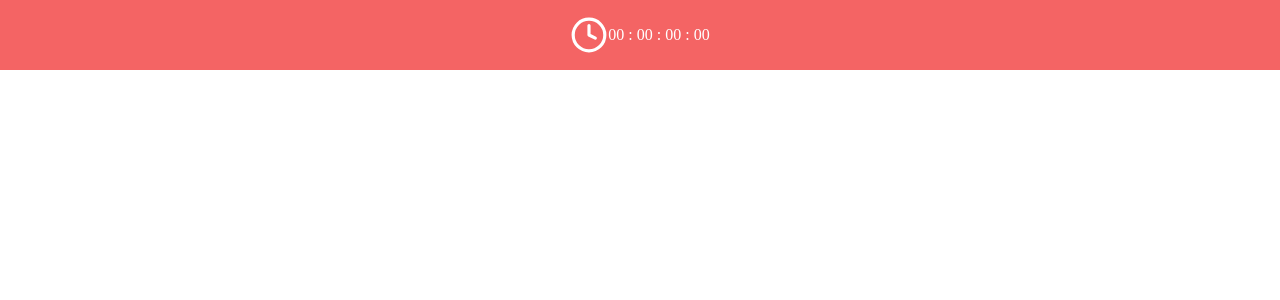
Repository: mateus-henrique-silva/landing_drop
Page: index.html
The author's editor kept a copy of each file at every save. The page is drawn from the files as they stood at one save, then again after the next save.
The browser window is 1280 px wide. The pictures show the whole page.

Above is the page before, as saved 2022-08-26 08:56:01.

### index.html
<!DOCTYPE html>
<html lang="en">
  <head>
    <meta charset="UTF-8" />
    <meta http-equiv="X-UA-Compatible" content="IE=edge" />
    <meta name="viewport" content="width=device-width, initial-scale=1.0" />
    <link rel="stylesheet" href="./src/CSS/Footer/Styles.css" />
    <link rel="stylesheet" href="./src/CSS/Header/styles.css" />
    <link rel="stylesheet" href="./src/CSS/Main/styles.css" />
    <link rel="stylesheet" href="./src/CSS/Global.css" />
    <title>Drop Líder Brasil</title>
  </head>
  <body>
    <header>
      <img src="./src/Assets/clock.svg" alt="imagem icon" srcset="" />

      <div class="regressive-count">
        <span id="day">00</span>
        <span>:</span>
        <span id="hour">00</span>
        <span>:</span>
        <span id="minute">00</span>
        <span>:</span>
        <span id="sec">00</span>
      </div>
    </header>
    <main></main>
    <footer></footer>
    <script src="./src/Script/clock/script.js"></script>
  </body>
</html>

### src/CSS/Header/styles.css
header{
    width:100%;
    position: fixed;
    background-color: #f46464;
    height:70px;
    display:flex;
    align-items:center;
    justify-content:center;
}


header img{
    width:38px;
    height:38x;
}

header div{
    color: white;
}

### src/Assets/clock.svg
<svg xmlns="http://www.w3.org/2000/svg" width="24" height="24" viewBox="0 0 24 24" fill="none" color="white" stroke="currentColor" stroke-width="2" stroke-linecap="round" stroke-linejoin="round" class="feather feather-clock"><circle cx="12" cy="12" r="10"></circle><polyline points="12 6 12 12 16 14"></polyline></svg>

### src/Script/clock/script.js
let to = new Date("oct 30 2022 18:00:0");
function uptade() {
  let from = new Date();
  diff = to - from;
  (day = setTwoDigit(Math.floor(diff / 1000 / 60 / 60 / 24))),
    (hour = setTwoDigit(Math.floor(diff / 1000 / 60 / 60) % 24)),
    (minute = setTwoDigit(Math.floor(diff / 1000 / 60) % 60)),
    (sec = setTwoDigit(Math.floor(diff / 1000) % 60)),
    document.querySelector("#day").innerText = day;
  document.querySelector("#hour").innerText = hour;
  document.querySelector("#minute").innerText = minute;
  document.querySelector("#sec").innerText = sec;
}

Loaded but not shown: src/CSS/Global.css (common file); src/CSS/Footer/Styles.css (no copy from this time; the picture is the same without it); src/CSS/Main/styles.css (no copy from this time; the picture is the same without it)

After the next save:
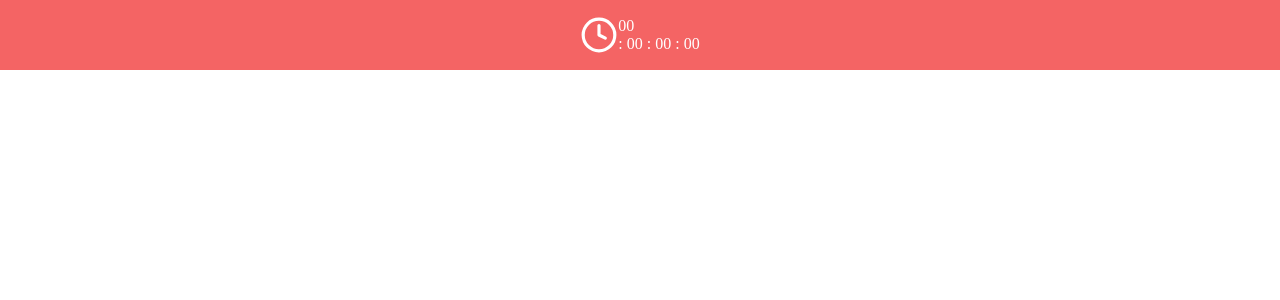
Saved 41 s later.
--- a/index.html
+++ b/index.html
@@ -15,7 +15,7 @@
       <img src="./src/Assets/clock.svg" alt="imagem icon" srcset="" />
 
       <div class="regressive-count">
-        <span id="day">00</span>
+        <div id="day">00</div>
         <span>:</span>
         <span id="hour">00</span>
         <span>:</span>
